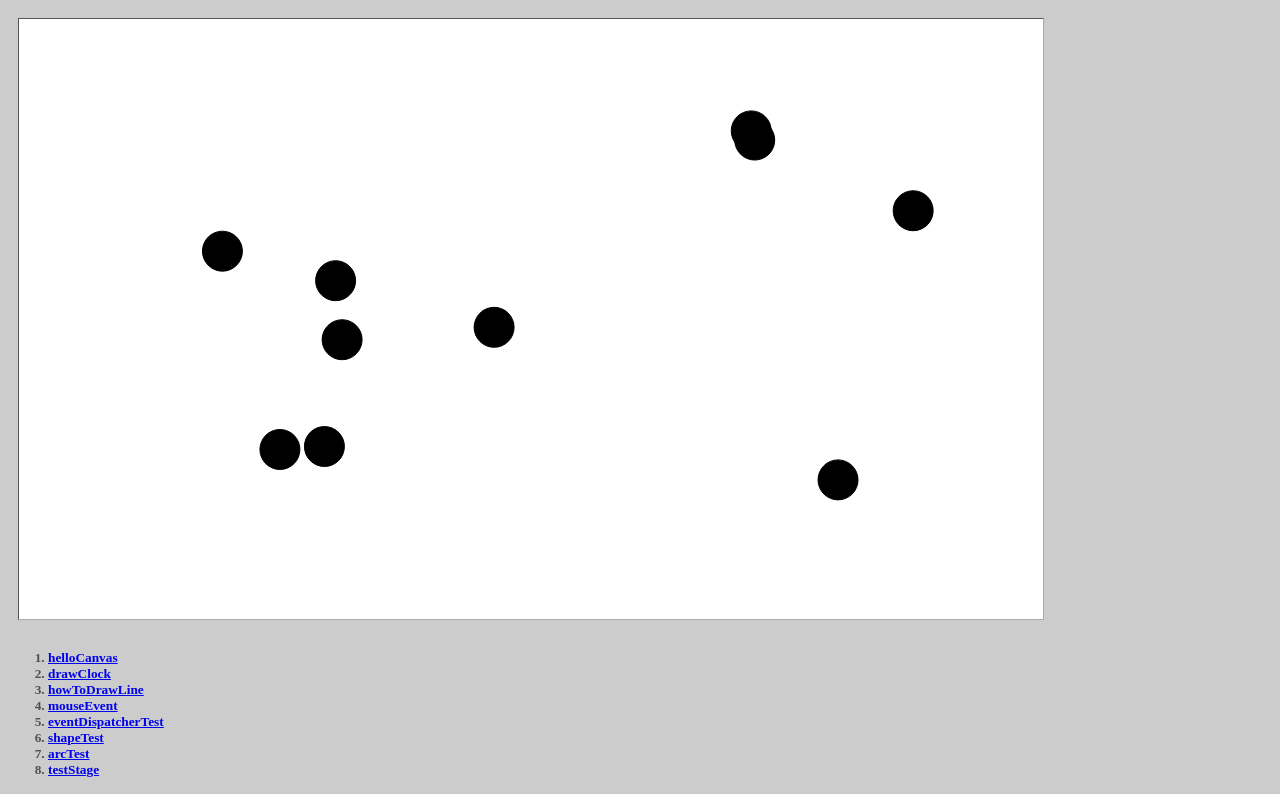
Repository: dnvy0084/canvasstudy
Page: HTML5Canvas.html
The author's editor kept a record of every edit. The page is drawn from the files as they stood at one moment, then again after the next edit.
The browser window is 1280 px wide. The pictures show the whole page.

Above is the page before.

### HTML5Canvas.html
<!DOCTYPE html>
<html>
    <head>
        <title>HTML5 Canvas Example</title>
        <link rel="stylesheet" href="./css/default.css" type="text/css" />
        <script type="text/javascript" src="./js/lib.js"></script>
        <script type="text/javascript" src="./js/html5CanvasExample.js"></script>
    </head>
    <body>
        <canvas id="canvas" width="1024" height="600">
            Canvas does not supported
        </canvas>
        <div><ol id="functionList"/></div>
    </body>
</html>

### css/default.css
body
{
    background: #cccccc;
}

canvas
{
    background: #ffffff;
    margin: 10px;
    border: thin inset #aaaaaa;
}

li
{
    font-family: NanumGothic;
    font-size: 10pt;
    font-weight: bold;
    color: #505050;
}

### js/lib.js

//***************************************************
//
// Simple Extend util
//
//***************************************************

function extend( base, sub )
{
    for( var  s in base.prototype )
    {
        sub.prototype[s] = base.prototype[s];
    }
}




//***************************************************
//
// EventDispatcher
//
//***************************************************

var EventDispatcher = function(){};

EventDispatcher.prototype.map = {};

EventDispatcher.prototype.addEventListener = function( type, listener, thisObj )
{
    if( !this.hasEventListener( type ) )
        this.map[ type ] = [];

    this.map[ type ].push( { listener: listener, thisObj: thisObj } );
}

EventDispatcher.prototype.removeEventListener = function( type, listener, thisObj )
{
    if( !this.hasEventListener(type) ) return;

    for( var i = this.map[type].length; i--; )
    {
        if( this.map[type].listener == listener )
            this.map[type].splice( i, 1 );
    }
}

EventDispatcher.prototype.dispatchEvent = function( type )
{
    if( !this.hasEventListener( type ) ) return;

    var event = null,
        e = null;

    for( var i = 0; i < this.map[type].length; i++ )
    {
        event = this.map[type][i];

        e = { type: type, target: this };

        event.listener.apply( event.thisObj, [ e ] );
    }
}

EventDispatcher.prototype.hasEventListener = function( type )
{
    return this.map.hasOwnProperty( type );
}





//***************************************************
//
// Stage
//
//***************************************************
var Stage = function( context )
{
    extend( EventDispatcher, Stage );

    this.context = context;
    this.children = [];
    this.fps = 60;
    this.delay = 1000 / this.fps;

    this.init();
    this.enterframeID = this.startRender();
}

Stage.prototype.init = function()
{
    this.__defineGetter__( "numChildren",
        function()
        {
            return this.children.length;
        }
    );

    this.__defineGetter__( "frameRate",
        function()
        {
            return this.fps;
        }
    );

    this.__defineSetter__( "frameRate",
        function( value )
        {
            this.fps = value;
            this.delay = 1000 / this.fps;

            clearInterval( this.enterframeID );
            this.enterframeID = this.startRender();
        }
    );
}

Stage.prototype.addChild = function( child )
{
    if( this.contains( child ) )
        this.removeChild( child );

    this.children.push( child );
}

Stage.prototype.removeChild = function( child )
{
    var i = this.chidren.indexOf( child );

    if( i == -1 ) return null;

    this.children.splice( i, 1 )[0];
}

Stage.prototype.contains = function( child )
{
    return this.children.indexOf( child ) > -1;
}

Stage.prototype.startRender = function()
{
    var scope = this;

    return setInterval(
        function()
        {
            scope.__render();
        },
    this.delay );
}

Stage.prototype.__render = function()
{
    this.context.clearRect(
        0, 0, this.context.canvas.width, this.context.canvas.height );

    for( var i = 0; i < this.children.length; i++ )
    {
        this.children[i].dispatchEvent( "enterframe" );

        if( this.children[i].__render )
            this.children[i].__render( this.context );
    }

    console.log( "render" );
}




//***************************************************
//
// Shape
//
//***************************************************
var Shape = function()
{
    extend( EventDispatcher, Shape );

    this.x = 0;
    this.y = 0;
}

Shape.prototype.__render = function( context )
{
    context.save();

    context.beginPath();
    context.filleStyle = "#cc0000";

    context.translate( this.x, this.y );

    context.arc( 0, 0, 20, 0, 2 * Math.PI );
    context.fill();
    context.stroke();

    context.translate( -this.x, -this.y );
    context.restore();
}

### js/html5CanvasExample.js

var CanvasApp = function()
{
    this.canvas = undefined;
    this.context = undefined;
    this.finalizer = null;

    this.firstCase = "testStage";
}

CanvasApp.prototype =
{

    /**
     *
     * initializer
     *  canvas element를 받아 context와 canvas element를
     *  CanvasApp instance 변수에 저장.
     *
     **/
    init: function( canvas )
    {
        this.canvas = canvas;
        this.context = canvas.getContext( "2d" );
        this.context.save();

        this.makeTestCaseList();
        this.excuteFunc( this.firstCase );
    },

    /**
     * test case function name이 포함된 listitem을 html에 추가
     * */
    makeTestCaseList: function()
    {
        var container = document.getElementById( "functionList" ),
            listItem;

        var appContext = this;

        function onclick( e )
        {
            appContext.excuteFunc( e.target.innerHTML.toString() );
        }

        for( var s in this )
        {
            if( typeof( this[s] ) != "function" ||
                s.indexOf( "$" ) == -1 ) continue;

            listItem = document.createElement( "LI" );
            listItem.innerHTML = "<a href='#'>" + s.replace( "$", "" ) + "</a>";
            listItem.addEventListener( "click", onclick );
            container.appendChild( listItem );
        }
    },

    /**
     * 왼쪽 상단에 현재 test case를 알수 있도록 title 표시
     * */
    setTitle: function( title )
    {
        this.context.save();

        this.context.font = "9pt NanumGothic bold";
        this.context.fillStyle = "#96969;";
        this.context.fillText( title, 8, 15 );

        this.context.restore();
    },

    /**
     * 추가된 listItem click시 해당 listItem명의 함수를 호출.
     * */
    excuteFunc: function( funcName )
    {
        if( this.finalizer !== null )
        {
            this.finalizer();
            this.finalizer = null;
        }

        if( !(/^\$/).test( funcName ) )
            funcName = "$" + funcName;

        if( this[ funcName ] === undefined ) return;

        this[ funcName ]();
    },


    /**
     * canvas 화면 클리어.
     * */
    clear: function()
    {
        this.context.clearRect(
            0, 0, this.canvas.width, this.canvas.height );
    },

     /**
     *
     * Test Case Function List
     *
     **/

     // 예제 1.1
    $helloCanvas: function()
    {
        this.clear();
        this.setTitle( "hello, canvas" );

        this.context.save();

        this.context.font = "38pt NanumGothic";
        this.context.fillStyle = "cornflowerblue";
        this.context.strokeStyle = "blue";

        var text = "hello, canvas";
        var measuredInfo = this.context.measureText( text );

        this.context.fillText( text,
            ( this.canvas.width - measuredInfo.width ) / 2, this.canvas.height / 2 );
        this.context.strokeText( text,
            ( this.canvas.width - measuredInfo.width ) / 2, this.canvas.height / 2 );

        this.context.restore();
    },

    $drawClock: function()
    {
        this.clear();
        this.setTitle( "draw clock" );

        var clock = new Clock();
        clock.x = this.canvas.width / 2;
        clock.y = this.canvas.height / 2;

        clock.__render( this.context );

        var appContext = this;
        var clockTimer = setInterval(
            function()
            {
                appContext.context.clearRect(
                    0, 100, appContext.canvas.width, appContext.canvas.height );
                clock.__render( appContext.context );
            }, 1000
        )

        this.finalizer = function()
        {
            clearInterval( clockTimer );
        }
    },

    $howToDrawLine: function()
    {
        this.clear();
        this.setTitle( "howToDrawLine" );
        this.context.save();

        this.context.lineWidth = 2;
        this.context.strokeStyle = "#cc0000";

        var numPolygons = 5,
            radius = 200,
            cx = this.canvas.width / 2,
            cy = this.canvas.height / 2;

        var t = - Math.PI / 2,
            x = cx + radius * Math.cos( t ),
            y = cy + radius * Math.sin( t );

        this.context.beginPath();
        this.context.moveTo( x, y );

        for( var i = 1; i < numPolygons + 1; i++ )
        {
            t = i * ( 2 * Math.PI ) / numPolygons - Math.PI / 2;

            x = cx + radius * Math.cos( t );
            y = cy + radius * Math.sin( t );

            this.context.lineTo( x, y );
        }

        this.context.stroke();

        this.context.lineWidth = 1;
        this.context.strokeStyle = "#0000ff";

        t = -Math.PI / 2;
        x = cx + radius * Math.cos( t ),
        y = cy + radius * Math.sin( t );

        this.context.beginPath();
        this.context.moveTo( x, y );

        for( var i = 2; i <= numPolygons * 2; i += 2 )
        {
            t = ( 2 * Math.PI ) * ( i % numPolygons ) / numPolygons - Math.PI / 2;

            x = cx + radius * Math.cos( t );
            y = cy + radius * Math.sin( t );

             this.context.lineTo( x, y );
        }

        this.context.stroke();
        this.context.restore();
    },

    $mouseEvent: function()
    {
        this.clear();
        this.setTitle( "MouseEvent test" );

        this.canvas.addEventListener( "click",
            function( e )
            {
                console.log( e, e.clientX, e.clientY );
            }
        );

        var r = this.canvas.getBoundingClientRect();

        console.log( r );
    },

    $eventDispatcherTest: function()
    {
        var e = new EventDispatcher();

        e.addEventListener( "test", function(e){ console.log(e);}, this );

        e.dispatchEvent( "test" );
    },

    $shapeTest: function()
    {
        this.clear();
        this.setTitle( "Shape Test" );

        var s = new Shape();

        s.x = 123;
        console.log( s.x );

        s.addEventListener( "update", function( e )
        {
            console.log( e.type, e, this.init );
        }, this );

        s.dispatchEvent( "update" );


        s.x = 100;
        s.y = 50;

        s.__render( this.context );
    },

    $arcTest: function()
    {
        this.clear();
        this.setTitle( "arc test" );

        this.context.save();
        this.context.translate( 100, 100 );

        this.context.beginPath();
        this.context.arc( 0, 0, 20, 0, 2 * Math.PI );
        this.context.stroke();

        this.context.translate( -100, -100 );
        this.context.restore()
    },

    $testStage: function()
    {
        var stage = new Stage( this.context );

        function onEnter( e )
        {
            var tx = e.target.x + e.target.vx;
            var ty = e.target.y + e.target.vy;

            if( tx < 0 )
            {
                tx = 0;
                e.target.vx *= -1;
            }
            else if( tx > this.canvas.width )
            {
                tx = this.canvas.width;
                e.target.vx *= -1;
            }

            if( ty < 0 )
            {
                ty = 0;
                e.target.vy *= -1;
            }
            else if( ty > this.canvas.height )
            {
                ty = this.canvas.height;
                e.target.vy *= -1;
            }

            e.target.x = tx;
            e.target.y = ty;
        }

        for( var i = 0; i < 10; i++ )
        {
            var s = new Shape();

            s.x = Math.random() * this.context.canvas.width;
            s.y = Math.random() * this.context.canvas.height;

            s.vx = Math.random() * 4 + 2;
            s.vy = Math.random() * 4 + 2;

            s.addEventListener( "enterframe", onEnter, this );

            stage.addChild( s );

        }//for

        console.log( stage, stage.numChildren );

    }//testStage
}

window.onload = function()
{
    new CanvasApp().init( document.getElementById( "canvas" ) );
}






/**
 *
 * CLOCK Instance
 *
 * */

var Clock = function()
{
    this.radius = 200;

    this.numerals =
    [
        "I", "II", "III", "IV",
        "V", "VI", "VII", "VIII",
        "IX", "X", "XI", "XII"
    ];

    this.x = 0;
    this.y = 0;
};

Clock.prototype =
{
    time: function( time )
    {
        var date = new Date();

        console.log( date );
    },

    drawCircle: function( context )
    {
        context.beginPath();

        context.lineWidth = 2;
        context.strokeStyle = "#303030";
        context.arc( this.x, this.y, this.radius, 0, 2 * Math.PI );
        context.stroke();
    },

    alignNumerals: function( context )
    {
        var r = this.radius + 20,
            t, x, y, textWidth;

        context.font = "12pt NanumGothic bold";

        for( var i = 0; i < this.numerals.length; i++ )
        {
            t = Math.PI * ( i / 6 - 1 / 3 );
            x = this.x + r * Math.cos( t );
            y = this.y + r * Math.sin( t );

            textWidth = context.measureText( this.numerals[i] ).width;
            context.fillText( this.numerals[i], x - textWidth / 2, y + 5 );
        }
    },

    drawHands: function( context )
    {
        var date = new Date(),
            sec = date.getSeconds(),
            min = date.getMinutes() + sec / 60,
            hour = date.getHours() + min / 60,
            t, x, y;

        var a =
        [
            hour, 12, 4, "#0000cc", 0.65,
            min, 60, 2, "#cc0000", 0.85,
            sec, 60, 1, "#222222", 0.9,
        ];

        for( var i = 0; i < a.length; i += 5 )
        {
            context.beginPath();

            t = 2 * Math.PI * a[i] / a[i+1] - Math.PI / 2;
            x = this.x + a[i+4] * this.radius * Math.cos( t );
            y = this.y + a[i+4] * this.radius * Math.sin( t );

            context.lineWidth = a[ i + 2 ];
            context.strokeStyle = a[ i + 3 ];
            context.moveTo( this.x, this.y );
            context.lineTo( x, y );

            context.stroke();
        }

        context.beginPath();

        context.fillStyle = "#ff0000";
        context.arc( this.x, this.y, 5, 0, 2 * Math.PI );
        context.fill();
    },

    __render: function( context )
    {
        context.save();

        this.drawCircle( context );
        this.alignNumerals( context );
        this.drawHands( context );

        context.restore();
    },
}


/**
 * Canvas Context Properties Document
 *
 *
 * 1. Color, Styles, and Shadows
 *
 * ------------------ properties ------------------
 * fillStyle:       Sets or returns the color, gradient, or pattern used to fill the drawing    - e.g( context.fillStyle="#FF0000"; )
 * strokeStyle:     Sets or returns the color, gradient, or pattern used for strokes            - e.g( context.strokeStyle="#FF0000"; )
 * shadowColor:	    Sets or returns the color to use for shadows                                - e.g( context.shadowColor="black"; )
 * shadowBlur:	    Sets or returns the blur level for shadows                                  - e.g( context.fillStyle="#FF0000"; )
 * shadowOffsetX:	Sets or returns the horizontal distance of the shadow from the shape    - e.g( context.shadowOffsetX=20; )
 * shadowOffsetY:	Sets or returns the vertical distance of the shadow from the shape      - e.g( context.shadowOffsetY=20; )
 *
 * ------------------ methods ------------------
 * function createLinearGradient( x0, y0, x1, y1 ){}: GradientObject	Creates a linear gradient (to use on canvas content)
 * function createPattern( image, repeat ){}: PatternObject	        Repeats a specified element in the specified direction
 * function createRadialGradient(){}	Creates a radial/circular gradient (to use on canvas content)
 * function addColorStop(){}	        Specifies the colors and stop positions in a gradient object
 *
 *
 * 2. Line Styles
 *
 * ------------------ properties ------------------
 * lineCap	Sets or returns the style of the end caps for a line
 * lineJoin	Sets or returns the type of corner created, when two lines meet
 * lineWidth	Sets or returns the current line width
 * miterLimit	Sets or returns the maximum miter length
 *
 *
 * 3. Rectangles
 *
 * ------------------ methods ------------------
 * rect()	Creates a rectangle
 * fillRect()	Draws a "filled" rectangle
 * strokeRect()	Draws a rectangle (no fill)
 * clearRect()	Clears the specified pixels within a given rectangle
 *
 *
 * 4. Paths
 *
 * ------------------ methods ------------------
 * fill()	Fills the current drawing (path)
 * stroke()	Actually draws the path you have defined
 * beginPath()	Begins a path, or resets the current path
 * moveTo()	Moves the path to the specified point in the canvas, without creating a line
 * closePath()	Creates a path from the current point back to the starting point
 * lineTo()	Adds a new point and creates a line from that point to the last specified point in the canvas
 * clip()	Clips a region of any shape and size from the original canvas
 * quadraticCurveTo()	Creates a quadratic Bézier curve
 * bezierCurveTo()	Creates a cubic Bézier curve
 * arc( cx, cy, radius, sAngle, eAngle, CCW )	Creates an arc/curve (used to create circles, or parts of circles)
 * arcTo()	Creates an arc/curve between two tangents
 * isPointInPath()	Returns true if the specified point is in the current path, otherwise false
 *
 *
 * 5. Transformations
 *
 * ------------------ methods ------------------
 * scale()	Scales the current drawing bigger or smaller
 * rotate()	Rotates the current drawing
 * translate()	Remaps the (0,0) position on the canvas
 * transform()	Replaces the current transformation matrix for the drawing
 * setTransform()	Resets the current transform to the identity matrix. Then runs transform()
 *
 *
 * 6. Text
 *
 * ------------------ properties -----------------
 * font	Sets or returns the current font properties for text content
 * textAlign	Sets or returns the current alignment for text content
 * textBaseline	Sets or returns the current text baseline used when drawing text
 *
 * ------------------ methods ------------------
 * function fillText( text, x, y ){}	Draws "filled" text on the canvas
 * strokeText()	Draws text on the canvas (no fill)
 * measureText( text ): { width: actual text width }	Returns an object that contains the width of the specified text
 *
 *
 * 7. Image Drawing
 *
 * ------------------ methods ------------------
 * drawImage()	Draws an image, canvas, or video onto the canvas
 *
 *
 * 8. Pixel Manipulation
 *
 * ------------------ properties -----------------
 * width	Returns the width of an ImageData object
 * height	Returns the height of an ImageData object
 * data	Returns an object that contains image data of a specified ImageData object
 *
 * ------------------ methods ------------------
 * createImageData()	Creates a new, blank ImageData object
 * getImageData()	Returns an ImageData object that copies the pixel data for the specified rectangle on a canvas
 * putImageData()	Puts the image data (from a specified ImageData object) back onto the canvas
 *
 *
 * 9. Compositing
 *
 * ------------------ properties -----------------
 * globalAlpha	Sets or returns the current alpha or transparency value of the drawing
 * globalCompositeOperation	Sets or returns how a new image are drawn onto an existing image
 *
 *
 * 10. Other
 * ------------------ methods ------------------
 * save()	Saves the state of the current context
 * restore()	Returns previously saved path state and attributes
 * createEvent()
 * getContext()
 * toDataURL()
 *
**/

After the next edit:
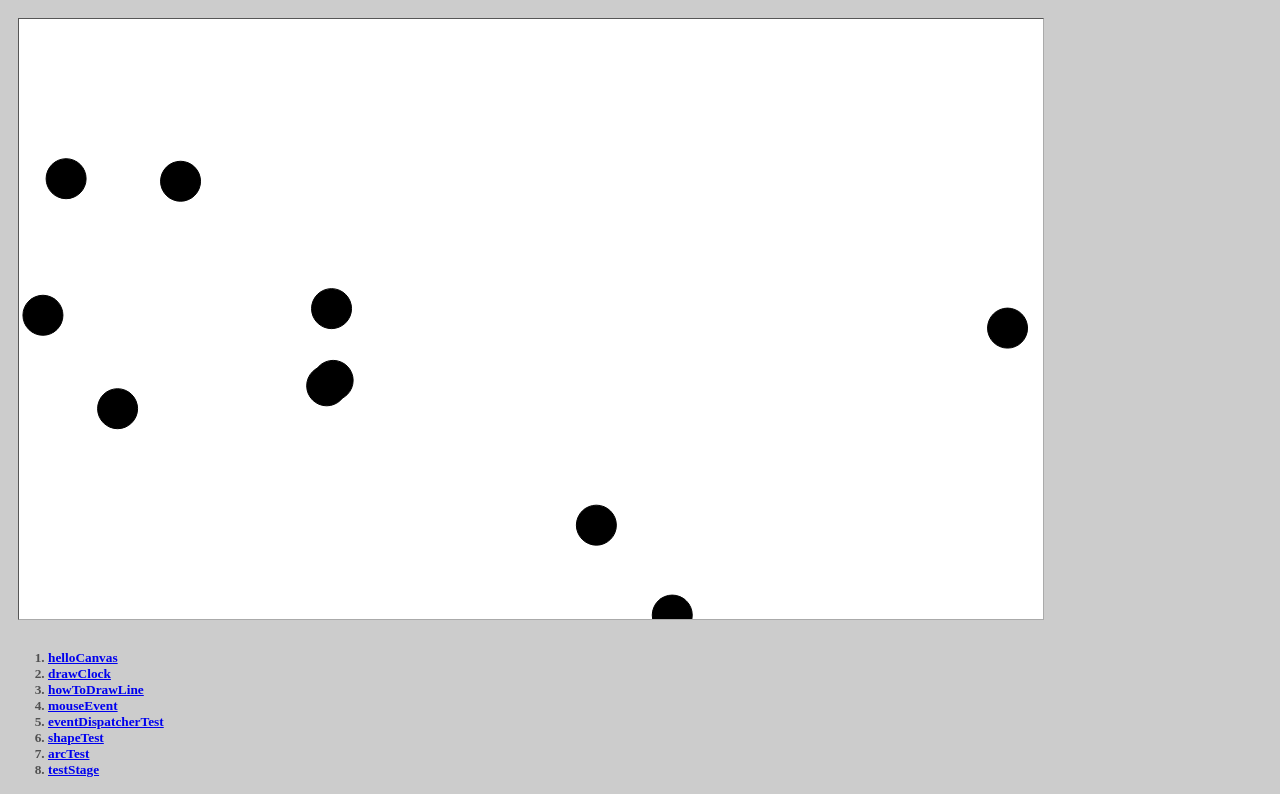
The edit:
--- a/js/html5CanvasExample.js
+++ b/js/html5CanvasExample.js
@@ -319,8 +319,8 @@
             s.x = Math.random() * this.context.canvas.width;
             s.y = Math.random() * this.context.canvas.height;
 
-            s.vx = Math.random() * 4 + 2;
-            s.vy = Math.random() * 4 + 2;
+            s.vx = Math.random() * 1 + 1;
+            s.vy = Math.random() * 1 + 1;
 
             s.addEventListener( "enterframe", onEnter, this );
 
